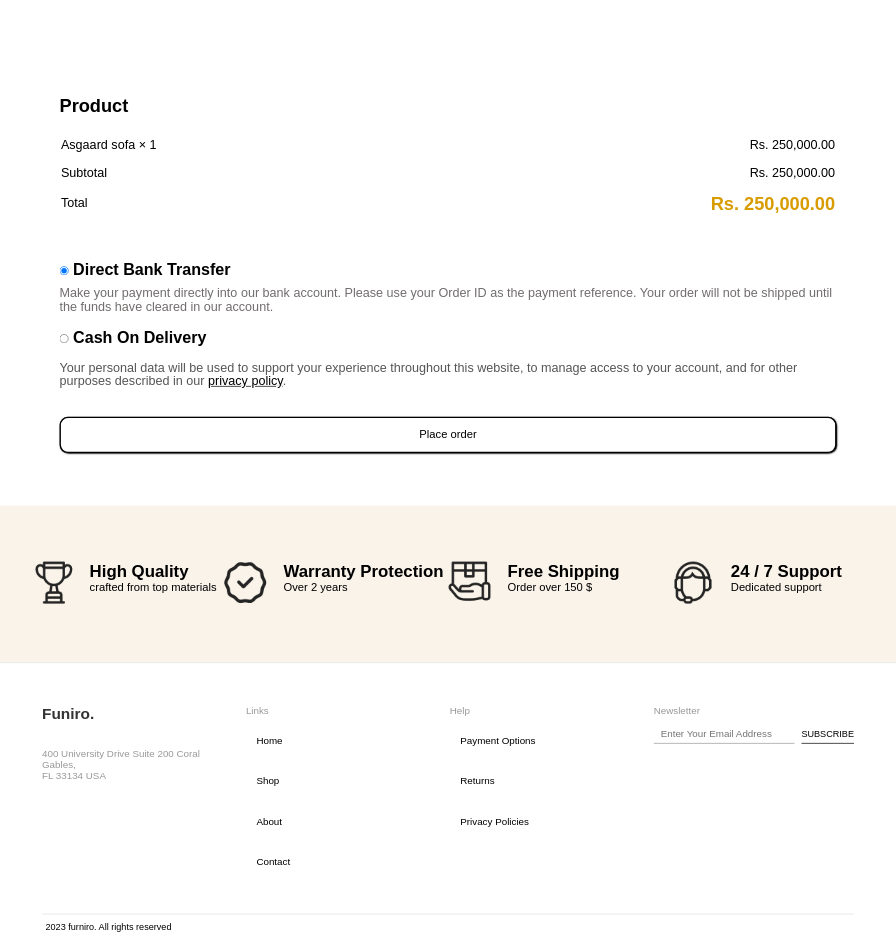
Repository: Ali1Kh/Furniro-ITI
Page: pages/checkout.html
The author's editor kept a copy of each file at every save. The page is drawn from the files as they stood at one save, then again after a run of saves.
The browser window is 1280 px wide. The pictures show the part of the page from y = 1406 to 3326 px (the page is 2762 px tall before and 3326 px after), at 70% of full size.

Above is the page before, as saved 2025-07-19 20:43:20.

### pages/checkout.html
<!DOCTYPE html>
<html lang="en">

<head>
  <meta charset="UTF-8">
  <meta name="viewport" content="width=device-width, initial-scale=1.0">
  <title>CheckOut</title>
  <link rel="shortcut icon" href="../assets/icons/Logo.png" type="image/x-icon">
  <link rel="stylesheet" href="../styles/index.css">
  <link rel="stylesheet" href="../styles/checkout.css">
</head>

<body>

  <nav>
    <!-- Navigation -->
    <div class="navBar">
      <div class="text">
        <p>Furniro</p>
      </div>

      <div class="menu-icon" onclick="toggleSidebar()">☰</div>

      <div class="navBarLinks">
        <ul>
          <li><a href="/pages/home.html">Home</a></li>
          <li><a href="/pages/shop.html">Shop</a></li>
          <li><a href="/">About</a></li>
          <li><a href="/pages/contact.html">Contact</a></li>
        </ul>
      </div>

     <div class="navBarIcons">
        <a href="/pages/Compare.html"><i class="fa-solid fa-user"></i></a>
        <a href="/pages/shop.html"><i class="fa-solid fa-magnifying-glass"></i></a>
        <a href="/"><i class="fa-solid fa-heart"></i></a>
        <a href="/pages/checkout.html"><i class="fa-solid fa-cart-plus"></i></a>
      </div>
    </div>


    <!-- Sidebar for mobile -->
    <div class="sidebar" id="sidebar">
      <a href="" onclick="toggleSidebar()">✖</a>
      <a href="">Home</a>
      <a href="/pages/shop.html">Shop</a>
      <a href="/">About</a>
      <a href="/pages/contact.html">Contact</a>
    </div>
  </nav>

  <main class="checkout">
    <div id="home">
      <div class="img-conteaner">
        <img src="../assets/img/Rectangle 1.png" alt="">

        <div class="text-conteaner">
          <img src="../assets/icons/Logo.png" alt="" style="width: 100px;height: 77px;margin-top: -80px; left: 1px; ">
          <h2 style="font-size: 48px; font-family: Poppins; top: 20px;">Checkout</h2>
          <h3 style="top: 30px;left: -11px; "><span style="width: 48;height: 24;top: 295px;left: 660px; ">Home ></span>
            Checkout</h3>
        </div>
      </div>
    </div>

    <div id="content">
      <div class="form">
        <h1 style="font-family: Poppins;font-weight: 600;font-style: SemiBold;font-size: 36px;">Billing details</h1>
        <br><br>
        <form>
          <div class="input" style="width: 200px;">
            <label>First name</label><br>
            <input type="text" name="firatname" id="firatname">
          </div>

          <div class="input" style="width: 200px; position: relative;bottom: 127px;left: 266px;">
            <label>Last name</label><br>
            <input type="text" name="lastname" id="lastname">
          </div>

          <div class="input" style="position: relative; bottom: 90px; width: 450px;">
            <label>Company Name (Optional)</label><br>
            <input type="text" name="Companyname(Optional)" id="Companyname(Optional)">
          </div>

          <div class="input" style="position: relative; bottom: 90px; width: 450px;">
            <label>Country / Region</label><br>
            <select>
              <option></option>
              <option>UK</option>
              <option>Argantina</option>
              <option>Brasil</option>
              <option>Egypt</option>
              <option>USA</option>
            </select>
          </div>

          <div class="input" style="position: relative; bottom: 90px; width: 450px;">
            <label>Street address</label><br>
            <input type="text" name="Streetaddress" id="Streetaddress">
          </div>

          <div class="input" style="position: relative; bottom: 90px; width: 450px;">
            <label>Phone</label><br>
            <input type="number" name="Phone" id="Phone">
          </div>

          <div class="input" style="position: relative; bottom: 90px; width: 450px;">
            <label>Email address</label><br>
            <input type="email" name="Emailaddress" id="Emailaddress">
          </div><br><br>

        </form>
      </div>
      <div class="table">
        <div class="order-summary">
          <h2>Product</h2>
          <table>
            <tr>
              <td>Asgaard sofa × 1</td>
              <td style="text-align: right;">Rs. 250,000.00</td>
            </tr>
            <tr>
              <td>Subtotal</td>
              <td style="text-align: right;">Rs. 250,000.00</td>
            </tr>
            <tr>
              <td>Total</td>
              <td style="text-align: right;" class="total">Rs. 250,000.00</td>
            </tr>
          </table><br><br>

          <div class="payment-methods">
            <label><input type="radio" name="payment" checked> Direct Bank Transfer</label>
            <p>
              Make your payment directly into our bank account. Please use your Order ID as the payment reference. Your
              order will not be shipped until the funds have cleared in our account.
            </p>

            <label><input type="radio" name="payment"> Cash On Delivery</label>
          </div>

          <div class="privacy">
            Your personal data will be used to support your experience throughout this website, to manage access to your
            account, and for other purposes described in our <a href="#">privacy policy</a>.
          </div>

          <button class="btn">Place order</button>
        </div>
      </div>
    </div>

    <div id="quality">
      <div class="1"
        style="display: flex; gap: 1.5rem; padding-top: 80px; padding-bottom: 80px;width: 25%;padding-left: 50px;">
        <div class="l"><img src="../assets/icons/Group copy.png" alt=""></div>
        <div class="r">
          <h2>High Quality</h2>
          <p>crafted from top materials</p>
        </div>

      </div>
      <div class="2" style="display: flex; gap: 1.5rem; padding-top: 80px; padding-bottom: 80px;width: 25%;">
        <div class="l"><img src="../assets/icons/Group (2).png" alt=""></div>
        <div class="r">
          <h2>Warranty Protection</h2>
          <p>Over 2 years</p>
        </div>

      </div>
      <div class="3" style="display: flex; gap: 1.5rem; padding-top: 80px; padding-bottom: 80px;width: 25%;">
        <div class="l"><img src="../assets/icons/Vector (2).png" alt=""></div>
        <div class="r">
          <h2>Free Shipping</h2>
          <p>Order over 150 $</p>
        </div>

      </div>
      <div class="4" style="display: flex; gap: 1.5rem; padding-top: 80px; padding-bottom: 80px;width: 25%;">
        <div class="l"><img src="../assets/icons/customer-support.png" alt=""></div>
        <div class="r">
          <h2>24 / 7 Support</h2>
          <p>Dedicated support</p>
        </div>

      </div>

    </div>
  </main>

  <footer class="footer">
    <div class="footer-container">
      <div class="footer-sec">
        <h2 class="logo">Funiro.</h2>
        <p style="padding-top: 20px;">400 University Drive Suite 200 Coral Gables,<br>FL 33134 USA</p>
      </div>

      <div class="footer-sec">
        <h4>Links</h4>
        <ul>
          <li><a href="#">Home</a></li>
          <li><a href="#">Shop</a></li>
          <li><a href="#">About</a></li>
          <li><a href="#">Contact</a></li>
        </ul>
      </div>

      <div class="footer-sec">
        <h4>Help</h4>
        <ul>
          <li><a href="#">Payment Options</a></li>
          <li><a href="#">Returns</a></li>
          <li><a href="#">Privacy Policies</a></li>
        </ul>
      </div>

      <div class="footer-sec new">
        <h4>Newsletter</h4>
        <div class="subscribe">
          <input type="email" placeholder="Enter Your Email Address">
          <button>SUBSCRIBE</button>
        </div>
      </div>
    </div>

    <div class="footer-bottom">
      <p>2023 furniro. All rights reserved</p>
    </div>
  </footer>

  <script src="../scripts/index.js"></script>

</body>

</html>

### styles/index.css
:root {
  --mainColor: #feeed8;
}

* {
  margin: 0;
  padding: 0;
  box-sizing: border-box;
}

body {
  font-family: "Poppins", sans-serif;
}

.navBar img {
  display: inline;
}

.navBar {
  width: 100%;
  height: 80px;
  display: flex;
  justify-content: space-between;
  align-items: center;
  padding: 0 50px;
  background-color: #fff;
  z-index: 1000;
  position: sticky;
  top: 0;
}

.navBarLinks ul {
  list-style: none;
  display: flex;
  gap: 60px;
}

.navBarLinks a {
  text-decoration: none;
  font-size: 18px;
  color: black;
}

.navBarIcons {
  display: flex;
  gap: 30px;
}

.text p {
  font-weight: bold;
  font-size: 22px;
  color: #b88e2f;
}

/* Sidebar for mobile */
.sidebar {
  height: 100%;
  width: 0;
  position: fixed;
  background-color: #8d8d8d;
  overflow-x: hidden;
  transition: 0.3s;
  padding-top: 60px;
  z-index: 999;
}
.sidebar a {
  padding: 12px 20px;
  text-decoration: none;
  font-size: 20px;
  color: white;
  display: block;
}
.sidebar a:hover {
  background-color: #444;
}

.menu-icon {
  font-size: 28px;
  cursor: pointer;
  display: none;
  padding: 15px;
}

/* Quality */

#quality {
  display: flex;
  background-color: rgba(250, 243, 234, 1);
  width: 100%;
}

/* Page Header */

#pageHeader .imge {
  position: relative;
  width: 100%;
  height: auto;
}

#pageHeader .imge img {
  width: 100%;
  height: auto;
  display: block;
}

#pageHeader .adresIn {
  position: absolute;
  top: 50%;
  left: 50%;
  transform: translate(-50%, -50%);
  color: black;
  text-align: center;
}

#pageHeader .mainP1 {
  font-size: 48px;
}
#pageHeader .scoundP1 {
  font-size: 16px;
}

.footerBox {
  height: 400px;
  width: 100%;
}
.with-line::before,
.with-line::after {
  content: "";
  display: block;
  height: 1px;
  background-color: #c6c6c6;
  margin: 20px auto;
  width: 100%;
}

.with-line::after {
  width: 82%;
}

.infoterbox {
  margin-left: 100px;
  margin-right: 100px;
  display: grid;
  grid-template-columns: 1fr 1fr 1fr 1.5fr;
  gap: 20px;
  padding: 30px;
  color: white;

  height: 100%;
}

.mainFooterBar {
  font-weight: bold;
  font-size: 24px;
  color: #000;
}
.scoundFooterBar {
  font-size: 16px;
  font-weight: 300;
  color: #9f9f9f;
  position: relative;
  top: 40px;
}

.prgraphF {
  position: relative;
  top: 54px;
}

.infoterboxLM a,
.infoterboxRM a {
  display: block;
  margin-top: 55px;
  text-decoration: none;
  color: #000;
  width: 70%;
}

.infoterboxLM p,
.infoterboxRM p,
.prgraphFF p {
  font-size: 16px;
  font-weight: 300;
  color: #9f9f9f;
}

.SUBSCRIBE {
  position: relative;
  top: 53px;
}

.SUBSCRIBE button {
  font-size: 14px;
  font-weight: bold;
  width: 85px;
  height: 21px;
  border: none;
  border-bottom: 1px solid black;
  margin-left: 15px;
  background-color: white;

  cursor: pointer;
}

.SUBSCRIBE input {
  font-size: 14px;
  width: 200px;
  height: 21px;
  color: #9f9f9f;
  border: none;
  border-bottom: 1px solid black;
}

.SUBSCRIBE input:focus {
  outline: none;
}

@media (max-width: 768px) {
  .navBarLinks {
    display: none;
  }
  .menu-icon {
    display: block;
  }
  .navBarIcons {
    display: none;
  }
}

@media (max-width: 767px) {
  .navBarIcons {
    display: none;
  }
}

### styles/checkout.css
* {
  margin: 0;
  padding: 0;
}
.checkout ul {
  list-style: none;
}

.checkout a {
  text-decoration: none;
}

/* start header */

#header {
  background-color: rgb(250, 245, 240);
  border: 1px solid #ccc;
  width: 100%;
  height: 90px;
}
#header .navbar {
  display: flex;
  justify-content: space-between;
  align-items: center;
}
#header .navbar .logo {
  display: flex;
  width: 185;
  height: 41;
  opacity: 1;
  top: 29px;
  left: 54px;
  gap: 5px;
}
#header .navbar img {
  width: 185;
  height: 41px;
  top: 29px;
  left: 54px;
  gap: 5px;
}

/* #header .navbar .imgs{
    width: 300px;
    display: flex;
    position: relative;
    bottom: 10px;
} */

#header .navbar ul {
  display: flex;
}
#header .navbar ul li a {
  position: relative;
  color: black;
  font-size: 25px;
  margin: 0 20px;
  font-weight: bold;
  transition: 0.3s ease;
  bottom: 15px;
}
#header .navbar ul li a:hover {
  color: bisque;
}

/* finish header */

.img-conteaner {
  position: relative;
  width: 100%;
}

.img-conteaner img {
  width: 100%;
  height: 316px;
  top: 100px;
}

.text-conteaner {
  position: absolute;
  top: 50%;
  left: 50%;
  transform: translate(-50%, -50%);
}
.text-conteaner h3 {
  position: relative;
  bottom: 90px;
  left: 40px;
}
.text-conteaner h2 {
  position: relative;
  bottom: 90px;
  left: -50px;
}

/* #content {
  display: flex;
  justify-content: space-between;
  gap: 8rem;
  max-width: 1240px;
  margin: auto;
  padding-top: 100px;
}

.form {
  width: 50%;
} */







#content {
  display: flex;
  justify-content: space-between;
  flex-wrap: wrap; /* مهم جدا */
  gap: 2rem;
  max-width: 1200px;
  margin: auto;
  padding: 50px 20px;
}

.form, .table {
  flex: 1 1 100%; /* هتكون عمودين فوق بعض مبدئياً */
}















.form h1 {
  font-size: 36px;
  font-weight: 600;
  margin-bottom: 30px;
}

form label {
  font-weight: 500;
  margin-bottom: 8px;
  display: block;
  font-size: 15px;
}

form input,
form select {
  width: 100%;
  padding: 22px;
  border: 2px solid #ccc;
  border-radius: 10px;
  font-size: 14px;
}

.input {
  margin-bottom: 20px;
}

.table {
  width: 48%;
}

.order-summary {
  padding: 25px;
}

.order-summary h2 {
  font-size: 26px;
  margin-bottom: 20px;
}

.order-summary table {
  width: 100%;
  margin-bottom: 20px;
}

.order-summary table td {
  padding: 8px 0;
  font-size: 18px;
}

.order-summary .total {
  font-weight: bold;
  color: #d89c00;
  font-size: 26px;
}

.payment-methods label {
  display: block;
  margin-bottom: 10px;
  font-weight: bold;
  font-size: 23px;
}

.payment-methods p {
  font-size: 18px;
  color: #716d6d;
  margin: 10px 0 20px;
  line-height: 1.1;
}

.privacy {
  font-size: 18px;
  color: #555;
  margin: 20px 0;
  line-height: 1.1;
}

.privacy a {
  text-decoration: underline;
  color: black;
}

/* .btn {
  padding: 15px 100px;
  background: #fff;
  border: 2px solid black;
  border-radius: 12px;
  font-size: 16px;
  transition: 0.3s ease;
  margin-left: 100px;
  margin-top: 10px;
  box-shadow: 1px 1px 1px black;
} */




.btn {
  width: 100%;
  padding: 15px;
  background: #fff;
  border: 2px solid black;
  border-radius: 12px;
  font-size: 16px;
  margin-top: 20px;
  box-shadow: 1px 1px 2px black;
}

.btn:hover {
  background-color: #babd8e;
}

.footer {
  background-color: #fff;
  padding: 40px 60px 20px;
  border-top: 1px solid #e0e0e0;
  color: #333;
}

/* .footer-container {
  display: flex;
} */



.footer-container {
  display: flex;
  flex-wrap: wrap;
  justify-content: space-between;
  gap: 2rem;
}


.footer-sec {
  flex: 1 1 200px;
  margin: 20px 0;
}

.footer-sec h2.logo {
  font-size: 22px;
  font-weight: 700;
  margin-bottom: 15px;
}

.footer-sec h4 {
  font-size: 14px;
  font-weight: 500;
  color: #999;
  margin-bottom: 10px;
}

.footer-sec ul {
  list-style: none;
  padding: 0;
  margin: 0;
}

.footer-sec ul li {
  margin-bottom: 10px;
  padding: 15px;
}

.footer-sec ul li a {
  text-decoration: none;
  color: #000;
  font-size: 14px;
}

.footer-sec p {
  color: #999;
  font-size: 14px;
}

.new .subscribe {
  display: flex;
  gap: 10px;
  margin-top: 10px;
}

.new input {
  padding: 6px 10px;
  font-size: 14px;
  border: none;
  border-bottom: 1px solid #999;
  outline: none;
}

.new button {
  background: none;
  border: none;
  border-bottom: 1px solid #000;
  color: #000;
  font-size: 13px;
  font-weight: 500;
}

.footer-bottom {
  border-top: 1px solid #e0e0e0;
  padding: 5px;
  margin-top: 20px;
  padding-top: 10px;
  text-align: left;
  font-size: 13px;
  color: #000;
}


.navBar {
  display: flex;
  justify-content: space-between;
  align-items: center;
  padding: 20px 40px;
  flex-wrap: wrap;
}

.navBar .menu-icon {
  display: none;
  font-size: 28px;
  cursor: pointer;
}

.navBarLinks ul,
.navBarIcons {
  display: flex;
  gap: 15px;
}

.sidebar {
  display: none;
  position: fixed;
  top: 0;
  right: 0;
  background-color: white;
  width: 250px;
  height: 100%;
  padding: 20px;
  z-index: 999;
  flex-direction: column;
  box-shadow: -2px 0 10px rgba(0,0,0,0.1);
}

.sidebar a {
  display: block;
  padding: 15px;
  font-size: 18px;
  color: #333;
  text-decoration: none;
}

@media (max-width: 768px) {
  .navBarLinks,
  .navBarIcons {
    display: none;
  }

  .menu-icon {
    display: block;
  }

  .sidebar {
    display: flex;
  }

   .form, .table {
    flex: 1 1 48%;
  }

    .btn {
    width: auto;
    padding: 15px 100px;
    margin-left: 100px;
  }
}

### scripts/index.js
function toggleSidebar() {
  const sidebar = document.getElementById("sidebar");
  if (sidebar.style.width === "250px") {
    sidebar.style.width = "0";
  } else {
    sidebar.style.width = "250px";
  }
}

function toggleSidebar() {
  const sidebar = document.getElementById("sidebar");
  if (sidebar.style.display === "flex") {
    sidebar.style.display = "none";
  } else {
    sidebar.style.display = "flex";
  }
}

After the next 2 saves:
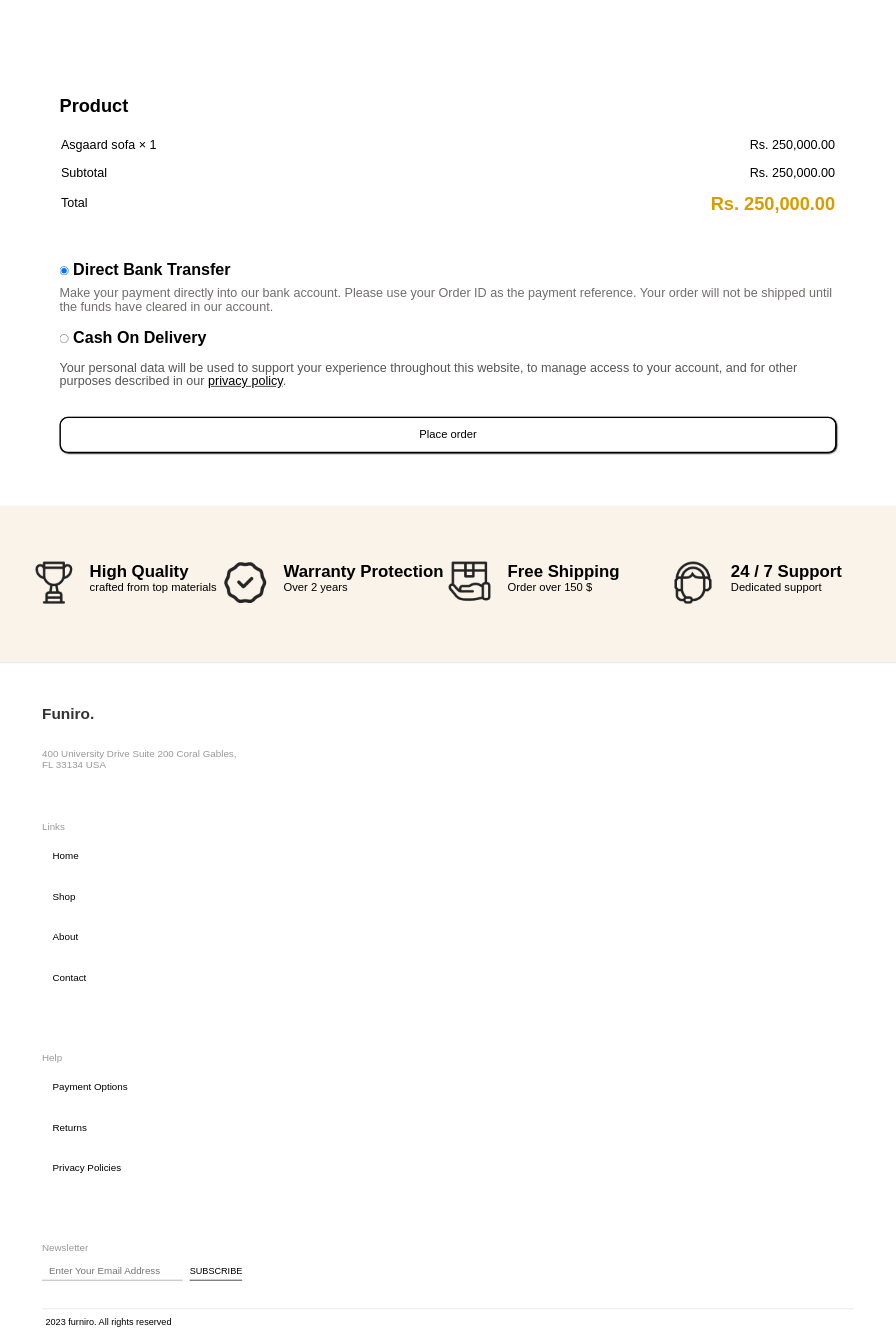
The 2 saves are shown as one change because they came seconds apart.
The last was saved 20 s later.
--- a/styles/checkout.css
+++ b/styles/checkout.css
@@ -273,7 +273,7 @@ form select {
 
 
 .footer-sec {
-  flex: 1 1 200px;
+  flex: 1 1 100%;
   margin: 20px 0;
 }
 
